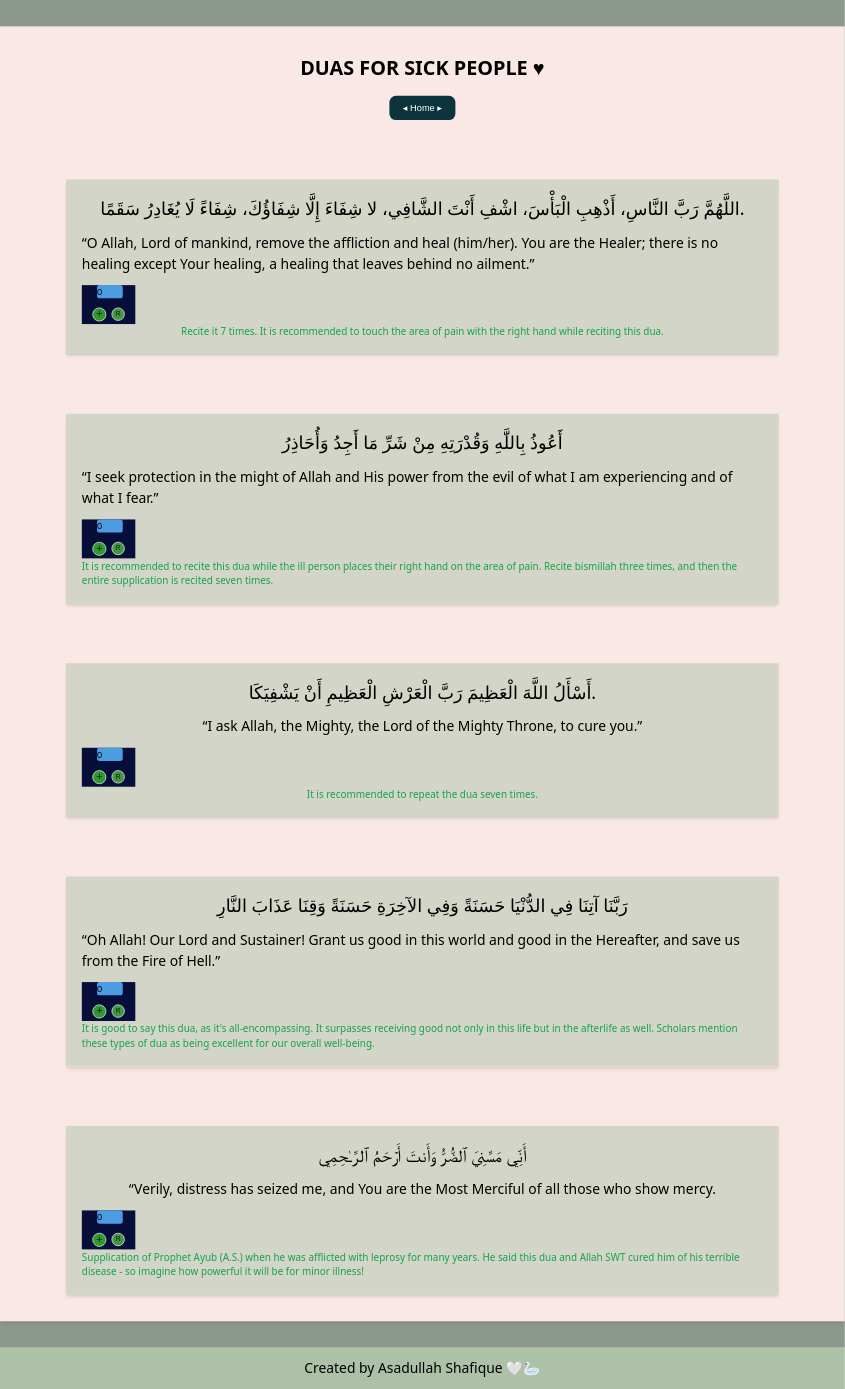
Repository: asadullah48/Duas_Diary
Page: /sick
These files come from the project's save history. The page is drawn as it stood at one moment and after the next save; the edit follows.
The browser window is 1280 px wide. The pictures show the whole page, at 66% of full size.
The project was rebuilt for these pictures with package versions that can differ from the ones it lists, and the page was loaded fresh each time. The framework's server and built-in components were replaced by stand-ins that run in the browser. Also part of the build but not shown: next.config.ts.

Above is the page before, as saved 2024-11-30 10:21:46.

After the next save:
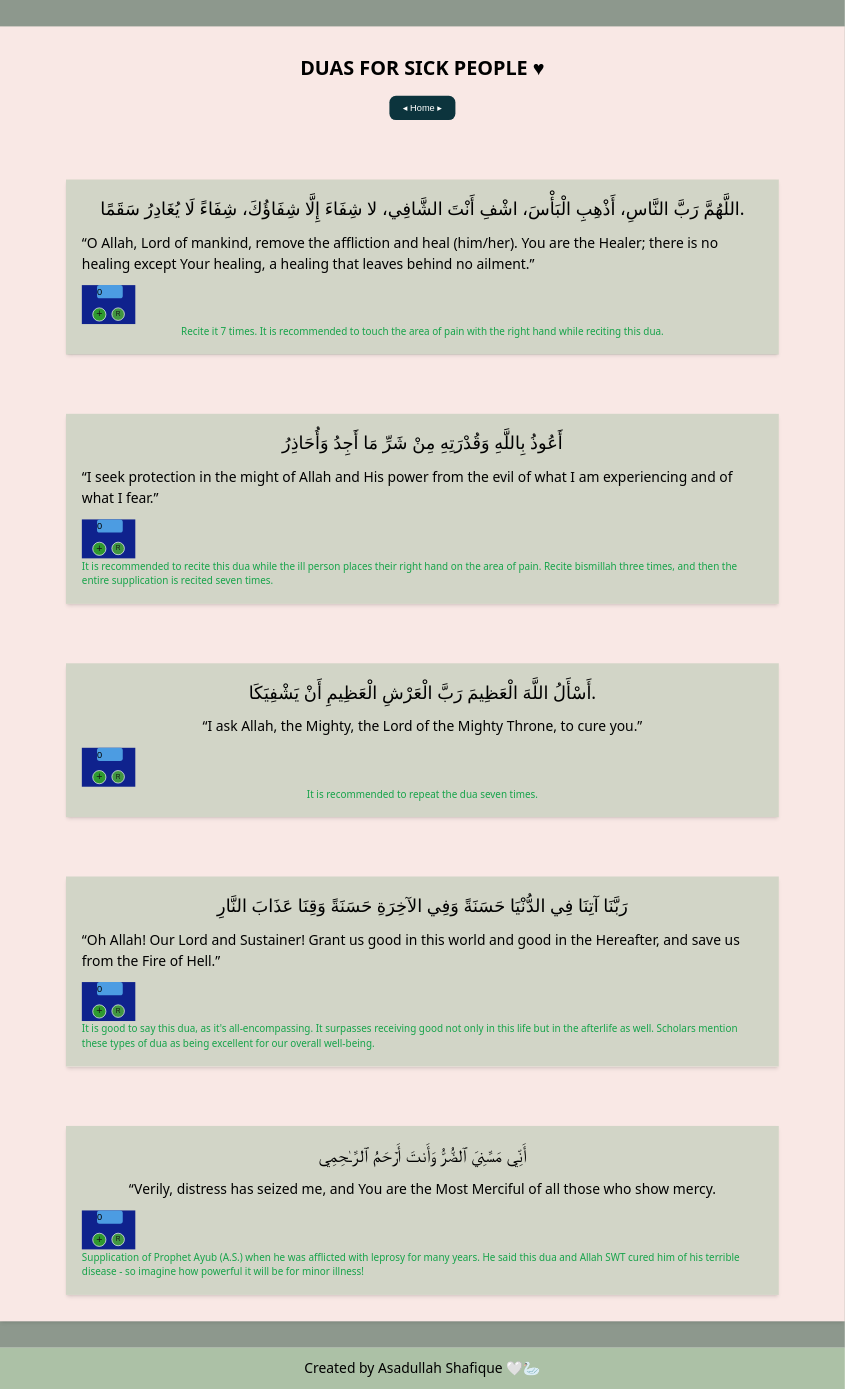
Saved 6 s later.
--- a/src/components/button.tsx
+++ b/src/components/button.tsx
@@ -16,7 +16,7 @@ export default function Button() {
   };
 
   return (
-    <div className="bg-[#070e3a] w-[81px] h-[59px] flex flex-col items-center justify-between">
+    <div className="bg-[#0f228d] w-[81px] h-[59px] flex flex-col items-center justify-between">
       <p className="text-black w-[39px] flex text-sm bg-[#4c9ce2] rounded ml-1">
         {count}
       </p>
